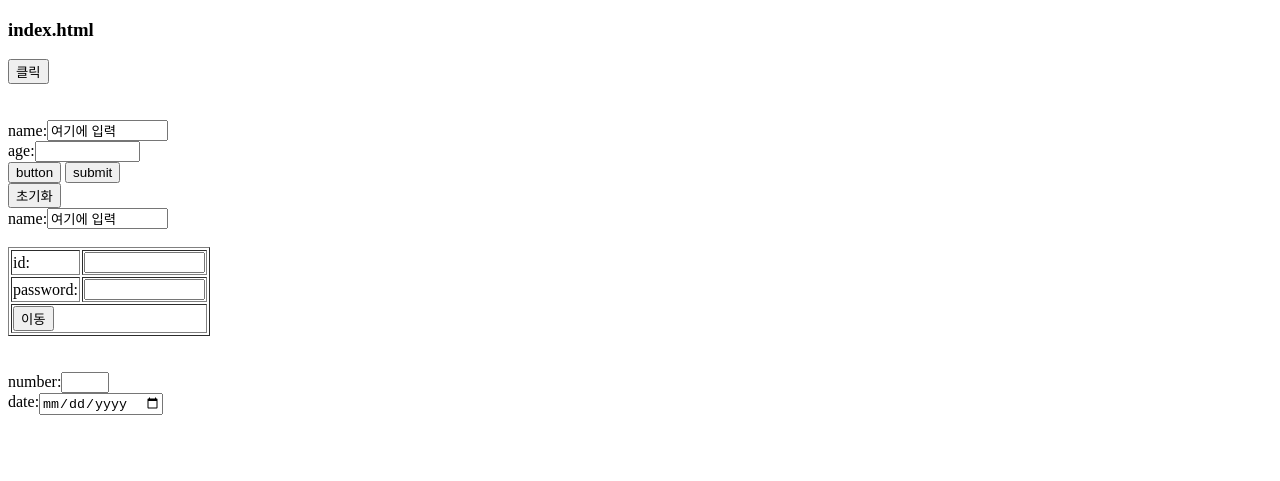
Repository: Jv2020/bitcamp
Page: html/sample04/WebContent/index.html
An editor plug-in stored every save of this project. The page is shown before and after the next save, followed by the edit.
The browser window is 1280 px wide. The pictures show the whole page.

Above is the page before, as saved 2020-01-03 02:51:19.

### html/sample04/WebContent/index.html
<!DOCTYPE html>
<html>
<head>
<meta charset="UTF-8">
<title>Insert title here</title>
</head>
<body>

<!--
	link -> anchor <a href="이동하고 싶은 파일 또는 URL">표시문자열 이미지</a>
-->

<!--

form
event resource와 같이 많이 사용.
입력데이터 등을 전송할 수 있다.

	id		: # 현재 페이지에서 1개만 인식 (중복x), JacaScript(=JQery)
	class	: . 다중 인식. CSS()
	name	: link용. 값을 전송. 변수의 역할

-->


<!--

<form action="이동하고 싶은 파일 또는 주소 or 파일명"> submit
	입력 리소스
	<input type="submit" value="클릭">
</form>

-->
<h3>index.html</h3>
<form action="NewFile.html">
	<input type="submit" value="클릭">
</form>

<br><br>

<!--
	input : button(submit), checkbox, radio, textfield ...
-->
<form action="NewFile.html">
   name:<input type="text" value="여기에 입력" size="12">
   <br>
   age:<input type="text" value="" size="10">
   <br>
   <input type="submit" value="button">
   <input type="submit" value="submit">
   <br>
   <input type="reset" value="초기화">
</form>

name:<input type="text" value="여기에 입력" size="12">

<br><br>

<form action="NewFile.jsp">
	<table border="1">
		<tr>
			<td>id:</td>
			<td><input type="text" name="id" value="" size="12"></td>
		</tr>
		<tr>
			<td>password:</td>
			<td><input type = "password" name="pwd" size="12"></td>
		</tr>
		<tr>
			<td colspan="2"><input type="submit" value="이동"></td>
		</tr>
	</table>
</form>

<br><br>

<!-- html5 -->
<form action="">
	number:<input type="number" max="5" min="1">
	<br>
	date:<input type="date">
</form>


</body>
</html>

After the next save:
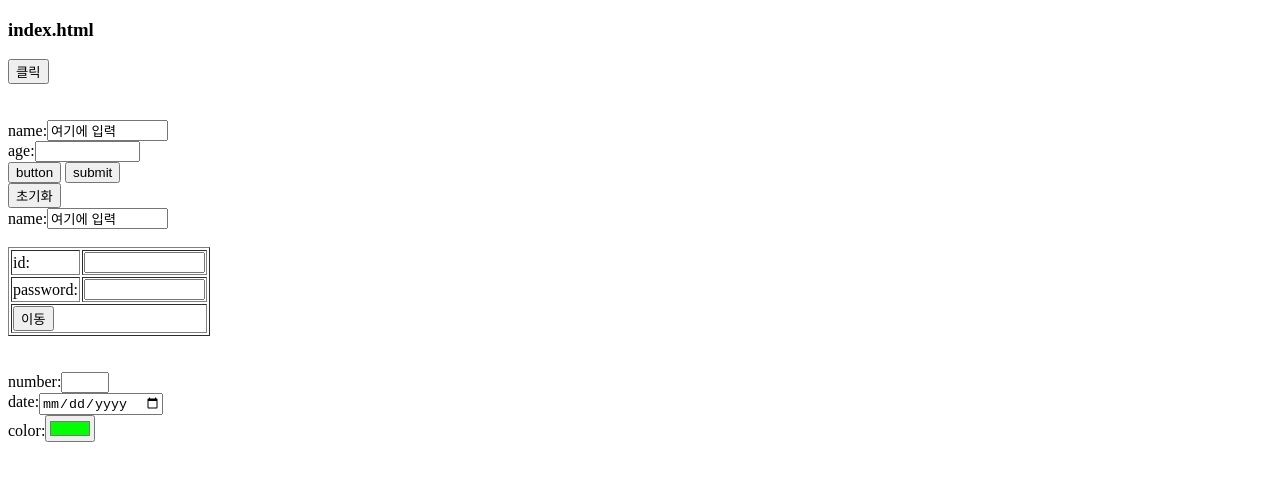
Saved 2 min 4 s later.
--- a/html/sample04/WebContent/index.html
+++ b/html/sample04/WebContent/index.html
@@ -79,6 +79,8 @@ name:<input type="text" value="여기에 입력" size="12">
 	number:<input type="number" max="5" min="1">
 	<br>
 	date:<input type="date">
+	<br>
+	color:<input type="color" value="#00ff00">
 </form>
 
 
